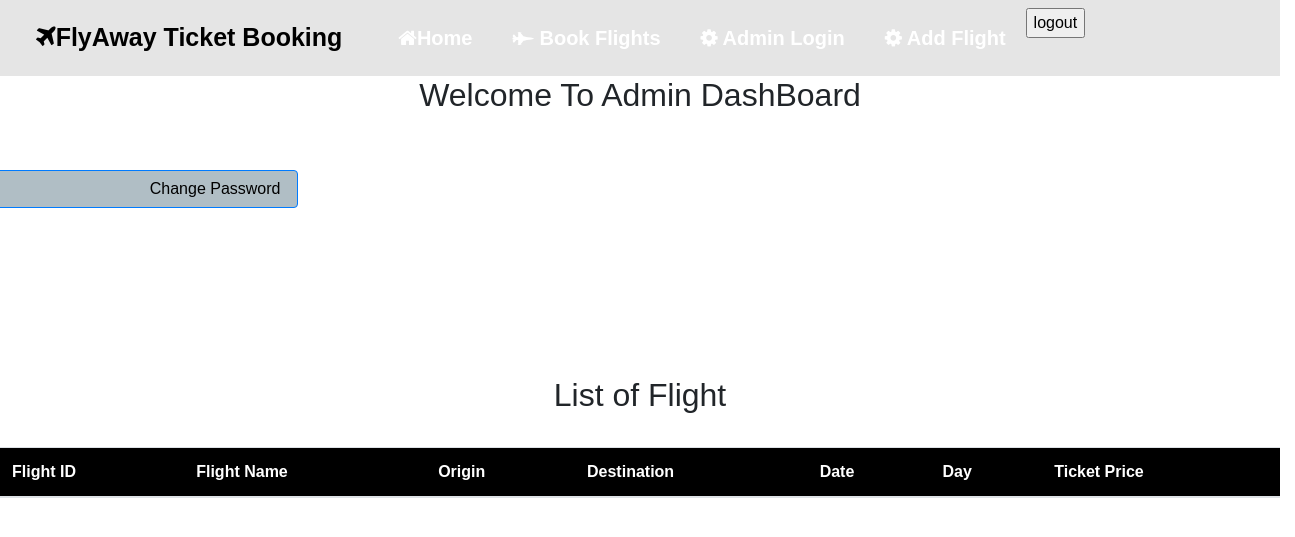
Repository: sayrabano/Phase2-project
Page: http://localhost/FlyAway/adminDashboard.jsp
The author's editor kept a copy of each file at every save. The page is drawn from the files as they stood at one save, then again after the next save.
The browser window is 1280 px wide. The page is 1295 px wide, so the pictures cover 1295 px, including what lies to the right of the window. The pictures show the whole page.
Some web fonts or font styles are not loaded; a fallback is used. The page is served by Tomcat 9. Other server files are loaded and not shown. Queries for data that is not in the repository find no rows.

Above is the page before, as saved 2021-09-20 21:47:20.

### FlyAway/src/main/webapp/adminDashboard.jsp
<%@ page language="java" contentType="text/html; charset=ISO-8859-1"
	pageEncoding="ISO-8859-1"%>
<%@page import="java.sql.*"%>
<%@page import=" com.flyaway.LogIn"%>

<%
String driverName = "com.mysql.cj.jdbc.Driver";
String Url = "jdbc:mysql://localhost:3306/flyaway";

String userId = "root";
String password = "say123";

try {
	Class.forName(driverName);
} catch (ClassNotFoundException e) {
	e.printStackTrace();
}
Connection connection = null;
Statement statement = null;
ResultSet resultSet = null;
%>

<!DOCTYPE html>
<html>
<head>
<meta charset="ISO-8859-1">
<title>FlyAway</title>
<link rel="stylesheet"
	href="https://cdnjs.cloudflare.com/ajax/libs/font-awesome/4.7.0/css/font-awesome.min.css">
<!-- Required meta tags -->
<meta charset="utf-8">
<meta name="viewport"
	content="width=device-width, initial-scale=1, shrink-to-fit=no">

<!-- Bootstrap CSS -->
<link rel="stylesheet"
	href="https://maxcdn.bootstrapcdn.com/bootstrap/4.0.0/css/bootstrap.min.css"
	integrity="sha384-Gn5384xqQ1aoWXA+058RXPxPg6fy4IWvTNh0E263XmFcJlSAwiGgFAW/dAiS6JXm"
	crossorigin="anonymous">
<link rel="stylesheet"
	href="https://cdnjs.cloudflare.com/ajax/libs/font-awesome/4.7.0/css/font-awesome.min.css">
<link
	href="https://fonts.googleapis.com/css2?family=Baloo+Bhai+2:wght@500&display=swap"
	rel="stylesheet">
<link
	href="https://fonts.googleapis.com/css2?family=Ubuntu:ital,wght@1,700&display=swap"
	rel="stylesheet">
<link rel="stylesheet" href="CSS/style7.css" />
<style>
</style>
</head>

<body>

	<nav class="navbar navbar-expand-lg navbar-light bg-custom" id="navbar">





		<a class="navbar-brand" id="tag"><i class="fa fa-plane"
			aria-hidden="true"></i>FlyAway Ticket Booking</a>


		<div class="collapse navbar-collapse" id="navbarSupportedContent">
			<ul class="navbar-nav mr-auto">
				<li class="nav-item"><a class="nav-link" href="Home.jsp"> <i
						class="fa fa-home" aria-hidden="true"></i>Home
				</a></li>

				<li class="nav-item"><a class="nav-link"
					href="option-flightsearch.jsp"><i class="fa fa-fighter-jet"></i>
						Book Flights </a></li>
				<li class="nav-item"><a href="Login.jsp" class="nav-link"><i
						class="fa fa-gear"></i> Admin Login</a></li>
						<li class="nav-item"><a href="#" class="nav-link"><i
						class="fa fa-gear"></i> Add Flight</a></li>
						<li class="nav-item">
						<form action="LogOut" method="get"><input type="submit" value="logout" class="logout">

		                </form>
						</li>






			</ul>



		</div>

	</nav>


	<div>
		<h2>Welcome To Admin DashBoard</h2>
	<br><br>
	</div>
	<div class="row" align="center">
	<div class="col-lg-3 col-md-4 col-sm-4 mb-4">
           <form action="#" method="get">
           <button type="submit" class="btn btn-primary btn">Change Password</button>
		</form>
        </div>
        <div class="col-lg-3 col-md-4col-sm-6 mb-4">
            <form action="LogOut" method="get">

		</form>
        </div>

        </div>
        </div>
         <br><br><br><br><br><br>
               <center><h2>List of Flight</h2></center><br>

				<table class="table table-bodered table striped" align="center">
					<thead class="thead">
						<tr>
							<th scope="col">Flight ID</th>
							<th scope="col">Flight Name</th>
							<th scope="col">Origin</th>
							<th scope="col">Destination</th>
							<th scope="col">Date</th>
							<th scope="col">Day</th>
							<th scope="col">Ticket Price</th>
						</tr>
					</thead>
					<tbody class="tbody">


						<%
						try {
							connection = DriverManager.getConnection(Url, userId, password);
							statement = connection.createStatement();
							String sql = "SELECT * FROM flight_list";
							resultSet = statement.executeQuery(sql);
							while (resultSet.next()) {
						%>
						<tr>
							<td><%=resultSet.getString("Id")%></td>
							<td><%=resultSet.getString("Flight")%></td>
							<td><%=resultSet.getString("Origin")%></td>
							<td><%=resultSet.getString("Destination")%></td>
							<td><%=resultSet.getString("Day")%></td>
							<td><%=resultSet.getString("Date")%></td>
							<td><%=resultSet.getString("Ticket_Price")%></td>
						</tr>
						<%
						}
						} catch (Exception e) {
						e.printStackTrace();
						}

						%>
					</tbody>
				</table>

</body>
</html>

### FlyAway/src/main/webapp/CSS/style7.css
@charset "ISO-8859-1";
@charset "ISO-8859-1";

#navbar{
background-color:rgba(0,0,0,.1) ;
font-family:'Ubuntu', sans-serif;

}


#navbar ul li a{
	color:white;

	font-size:20px;
	font-weight:bold;
	padding:15px 20px;

}
#navbar ul li a:hover{
	color:black;
	background-color:white;
	border-radius:18px;


}


#tag{
	font-size:25px;
 color:black;
 font-weight:bold;


	float:right;
	padding: 10px 20px;

}
#gear{
	margin:2px;
	padding:10px;



}
#gear a:hover{



	background-color:white;


}
h2{
	text-align:center;
	font-family:'Ubuntu', sans-serif;
}
.btn{
	color:black;
	padding-left:10rem;
	padding-right:1rem;
	margin-top: 15;

   background-color:#b0bec5;
	font-family:'Ubuntu', sans-serif;
	float:right;
    display:flex;


}
.thead{
	background-color:#000000;
	font-family:'Ubuntu', sans-serif;
	color:white;
}
.tbody{
	background-color:#b0bec5;
	font-family:'Ubuntu', sans-serif;
}

After the next save:
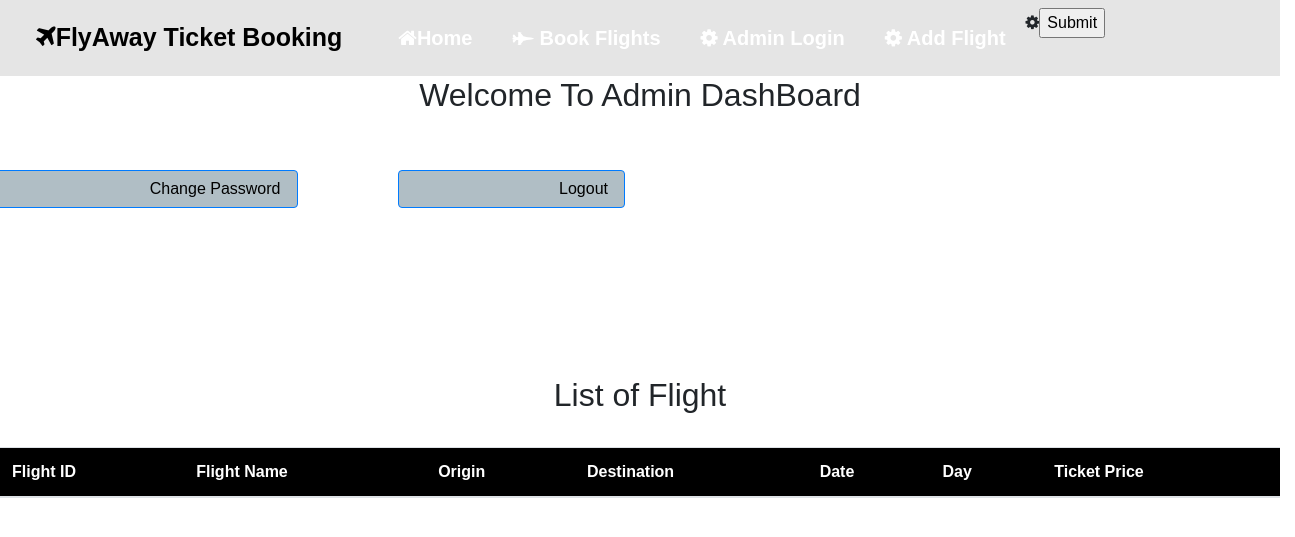
Saved 35 s later.
--- a/FlyAway/src/main/webapp/adminDashboard.jsp
+++ b/FlyAway/src/main/webapp/adminDashboard.jsp
@@ -75,10 +75,8 @@ ResultSet resultSet = null;
 						class="fa fa-gear"></i> Admin Login</a></li>
 						<li class="nav-item"><a href="#" class="nav-link"><i
 						class="fa fa-gear"></i> Add Flight</a></li>
-						<li class="nav-item">
-						<form action="LogOut" method="get"><input type="submit" value="logout" class="logout">
-
-		                </form>
+						<li class="nav-item"><i
+						class="fa fa-gear"></i><input type="submit">
 						</li>
 
 
@@ -107,7 +105,7 @@ ResultSet resultSet = null;
         </div>
         <div class="col-lg-3 col-md-4col-sm-6 mb-4">
             <form action="LogOut" method="get">
-
+           <button type="submit" class="btn btn-primary btn">Logout</button>
 		</form>
         </div>
 
